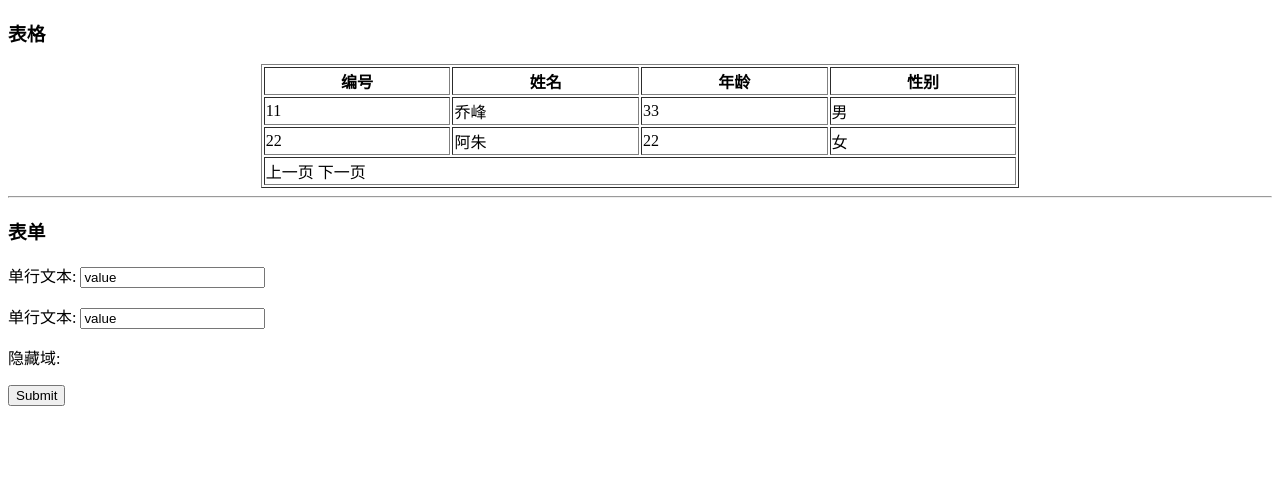
Repository: qyl1006/JavaApps
Page: workspace/web-01-html/WebContent/hello/practice02.html
The author's editor kept a copy of each file at every save. The page is drawn from the files as they stood at one save, then again after the next save.
The browser window is 1280 px wide. The pictures show the whole page.

Above is the page before, as saved 2018-02-26 06:48:45.

After the next save:
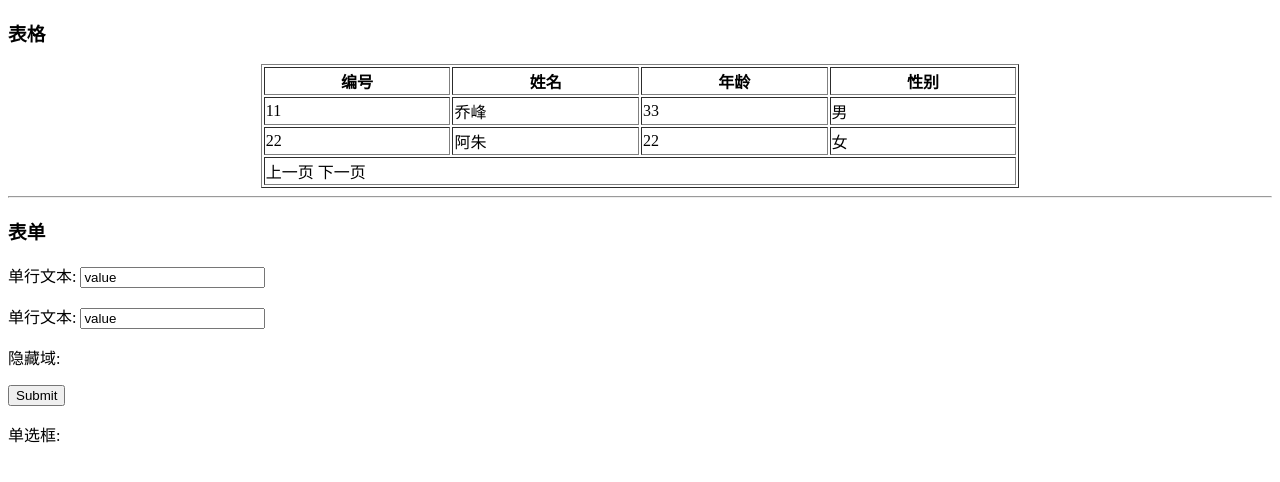
Saved 67 min 12 s later.
--- a/workspace/web-01-html/WebContent/hello/practice02.html
+++ b/workspace/web-01-html/WebContent/hello/practice02.html
@@ -51,6 +51,9 @@
 		<p>隐藏域: <input type="hidden" name="id" value="12"/></p>
 		<p><input type="submit"/></p>
 
+		<p>单选框:
+
+		</p>
 
 	 </form>
 
